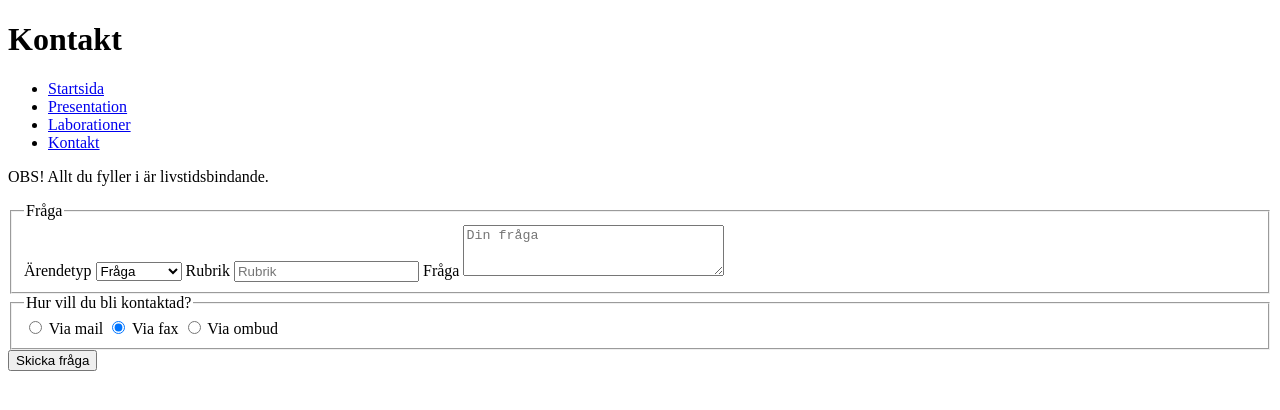
Repository: henriklideberg/labs
Page: pages/kontakt.html
The author's editor kept a record of every edit. The page is drawn from the files as they stood at one moment, then again after the next edit.
The browser window is 1280 px wide. The pictures show the whole page.

Above is the page before.

### pages/kontakt.html
<!doctype html>
<html lang="sv">
    <head>
        <meta charset="utf-8" />
        <title>Henrik | kontaktsida</title>
    </head>
    <body>
        <h1>Kontakt</h1>
        <ul>
            <li><a href="../index.html">Startsida</a></li>
            <li><a href="presentation.html">Presentation</a></li>
            <li><a href="laborationer.html">Laborationer</a></li>
            <li><a href="kontakt.html">Kontakt</a></li>
        </ul>
        <p>OBS! Allt du fyller i är livstidsbindande.</p>
        <form action="contact-form-handler.php" method="post">
            <fieldset>
                <legend>Fråga</legend>
                <label for="typ">Ärendetyp</label>
                <select name="typ" id="typ">
                    <option value="Fråga">Fråga</option>
                    <option value="Påstående">Påstående</option>
                    <option value="Tillsägelse">Tillsägelse</option>
                </select>
                <label for="rubrik">Rubrik</label>
                <input type="text" id="rubrik" name="rubrik" placeholder="Rubrik" />
                <label for="message">Fråga</label>
                <textarea cols="30" rows="3" id="message" name="message" placeholder="Din fråga"></textarea>
            </fieldset>
            <fieldset>
                <legend>Hur vill du bli kontaktad?</legend>
                <input type="radio" name="kontakt" value="Via mail"/> Via mail
                <input type="radio" name="kontakt" value="Via fax" checked /> Via fax
                <input type="radio" name="kontakt" value="Via ombud"/> Via ombud
            </fieldset>
            <input type="Submit" value="Skicka fråga"/>
        </form>
    </body>
</html>

After the next edit:
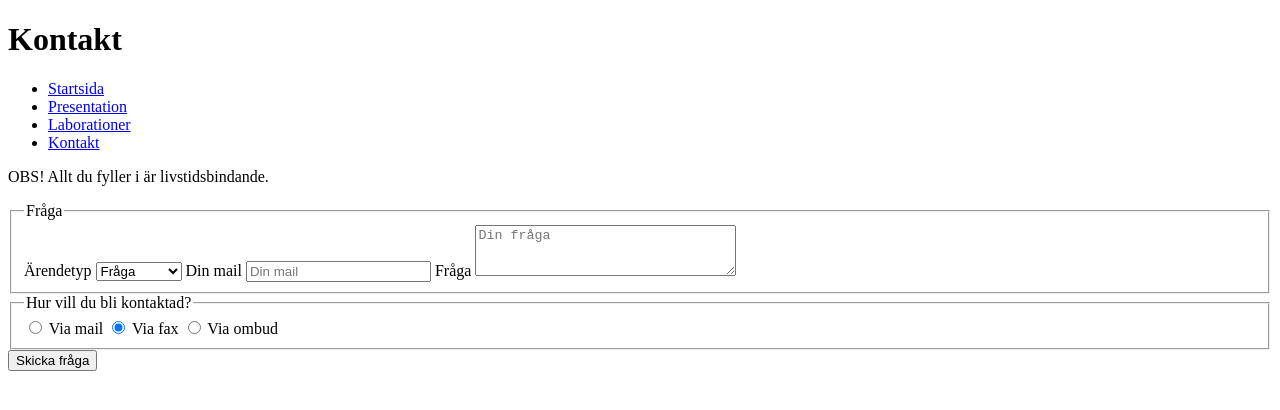
The edit:
--- a/pages/kontakt.html
+++ b/pages/kontakt.html
@@ -22,8 +22,8 @@
                     <option value="Påstående">Påstående</option>
                     <option value="Tillsägelse">Tillsägelse</option>
                 </select>
-                <label for="rubrik">Rubrik</label>
-                <input type="text" id="rubrik" name="rubrik" placeholder="Rubrik" />
+                <label for="mail">Din mail</label>
+                <input type="email" id="mail" name="mail" placeholder="Din mail" />
                 <label for="message">Fråga</label>
                 <textarea cols="30" rows="3" id="message" name="message" placeholder="Din fråga"></textarea>
             </fieldset>
